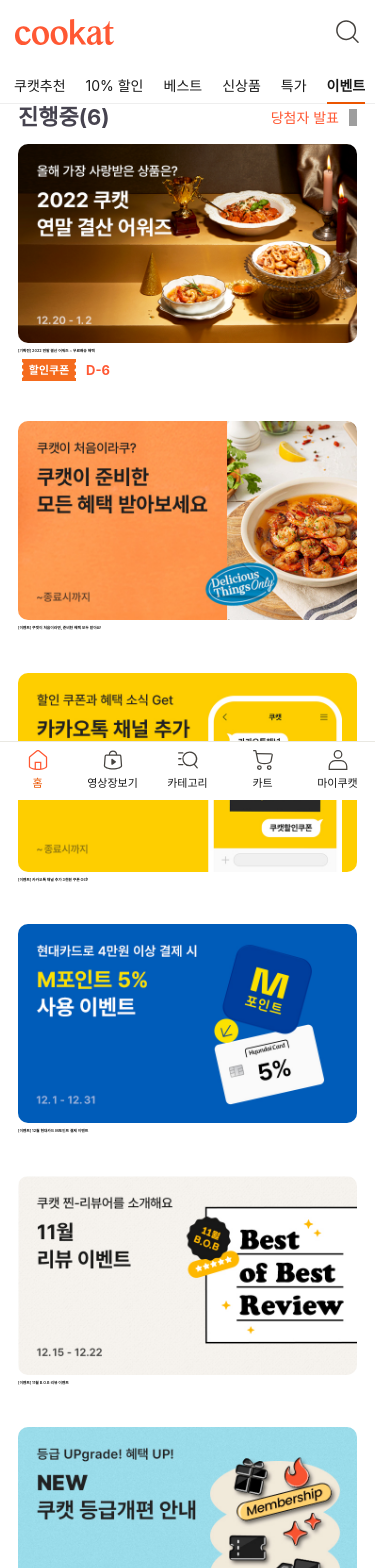
Repository: CooKat/Cookat
Page: event.html
These files come from the project's save history. The page is drawn as it stood at one moment and after the next save; the edit follows.
The browser window is 375 px wide. The pictures show the part of the page from y = 0 to 1568 px (the page is 2524 px tall before and 2567 px after).
Pictures or frames that could not be fetched are drawn as grey boxes. A picture or video elsewhere on the page could not be fetched, so the positions and the page height are approximate. Some web fonts or font styles are not loaded; a fallback is used.

Above is the page before, as saved 2022-12-29 17:13:44.
Not found: css/responsive.css
Not found: js/ex1.js

### event.html
<!DOCTYPE html>
<html lang="ko-KR">
  <head>
    <meta charset="UTF-8" />
    <meta http-equiv="X-UA-Compatible" content="IE=edge" />
    <meta name="viewport" content="width=device-width, initial-scale=1.0" />
    <link rel="shortcut icon" type="image/x-icon" href="./images/1.png" />
    <link
      rel="stylesheet"
      as="style"
      crossorigin
      href="https://cdn.jsdelivr.net/gh/orioncactus/pretendard@v1.3.6/dist/web/static/pretendard.css"
    />
    <link
      href="https://cdn.jsdelivr.net/npm/remixicon@2.5.0/fonts/remixicon.css"
      rel="stylesheet"
    />
    <link
      rel="stylesheet"
      href="https://cdn.jsdelivr.net/npm/swiper/swiper-bundle.min.css"
    />
    <link rel="stylesheet" href="./css/main.css" />
    <link rel="stylesheet" href="./css/event.css" />
    <title>쿠캣</title>
  </head>
  <body>
    <div class="container">
      <!-- 상단 메뉴바 -->
      <header class="header">
        <a href="/" class="logo"
          ><img src="./images/logo-main.svg" alt="쿠캣마켓"
        /></a>
        <div class="menu swiper">
          <ul class="swiper-wrapper" role="menubar" aria-hidden="false">
            <li role="none" class="swiper-slide">
              <a role="menuitem" href="/">쿠캣추천</a>
            </li>
            <li class="swiper-slide" role="none">
              <a role="menuitem" href="/">10% 할인</a>
            </li>
            <li class="swiper-slide" role="none">
              <a role="menuitem" href="./best.html">베스트</a>
            </li>
            <li class="swiper-slide" role="none">
              <a role="menuitem" href="/">신상품</a>
            </li>
            <li class="swiper-slide" role="none">
              <a role="menuitem" href="./specialPrice.html">특가</a>
            </li>
            <li class="swiper-slide active" role="none">
              <a role="menuitem" href="/">이벤트</a>
            </li>
          </ul>
        </div>
        <button type="button" class="search">
          <img src="./images/ic-24-finder.svg" alt="검색 아이콘" />
        </button>
      </header>

      <main class="main">
        <section class="event">
          <!-- 진행중(6) 당첨자 발표 -->
          <div class="event-ing">
            <h2 class="event-ing-title">진행중(6)</h2>
            <a href="/"><p>당첨자 발표</p></a>
          </div>

          <!-- 행사 아이템들 -->
          <div class="item-list">
            <a href="/event.html">
              <div class="item-list-item">
                <img src="./images/event1.jpg" />
                <h2 class="item-list-title title-first">
                  [기획전] 2022 연말 결산 어워즈 ~ 무료배송 해택
                </h2>
                <div class="coupon-day">
                  <svg
                    xmlns="http://www.w3.org/2000/svg"
                    width="54"
                    height="22"
                    viewBox="0 0 54 22"
                  >
                    <g fill="none" fill-rule="evenodd">
                      <path
                        fill="#F56B1D"
                        d="M54 9.428V6.353c-.944 0-1.458-.771-1.458-1.639S53.195 3.143 54 3.143V0H0v3.143c.806 0 1.459.703 1.459 1.571S.806 6.286 0 6.286v3.142c.806 0 1.459.704 1.459 1.572 0 .868-.653 1.572-1.459 1.572v3.142c.806 0 1.459.704 1.459 1.572 0 .868-.653 1.571-1.459 1.571V22h54v-2.924c-.996 0-1.458-.77-1.458-1.639 0-.868.653-1.723 1.458-1.723v-3.051c-1.021 0-1.458-.795-1.458-1.663S53.195 9.428 54 9.428z"
                      />
                      <path
                        fill="#FFF"
                        fill-rule="nonzero"
                        d="M13.195 7.652V6.563H10.94v-.825H9.477v.825H7.222v1.089h5.973zm2.013 3.63V9.148h1.342V7.96h-1.342V5.804h-1.452v5.478h1.452zm-4.994-.077c.374 0 .715-.039 1.023-.116.308-.077.57-.187.787-.33.216-.143.383-.315.5-.517.117-.201.176-.43.176-.687 0-.257-.059-.488-.176-.693-.117-.205-.284-.38-.5-.523-.217-.143-.479-.253-.787-.33-.308-.077-.649-.115-1.023-.115-.374 0-.713.038-1.018.115-.304.077-.566.188-.786.33-.22.143-.389.318-.506.523-.117.205-.176.436-.176.693 0 .257.059.486.176.688.117.201.286.373.506.516.22.143.482.253.787.33.304.077.643.116 1.017.116zm0-1.023c-.337 0-.605-.051-.803-.154-.198-.103-.297-.26-.297-.473 0-.213.099-.372.297-.479.198-.106.466-.159.803-.159s.605.053.803.16c.198.106.297.265.297.478 0 .213-.099.37-.297.473-.198.103-.466.154-.803.154zm5.28 5.687v-1.056H9.972v-.561h5.236v-2.574H8.52v1.056h5.258v.528H8.531v2.607h6.963zm10.274-2.772V5.826h-1.463v7.271h1.463zm-5.511-1.496c.389 0 .75-.064 1.083-.193.334-.128.626-.306.875-.533.25-.227.444-.499.583-.814.14-.315.209-.656.209-1.023 0-.374-.07-.719-.209-1.034-.14-.315-.334-.587-.583-.814-.25-.227-.54-.405-.875-.534-.333-.128-.694-.192-1.083-.192s-.752.064-1.089.192c-.337.129-.629.307-.874.534-.246.227-.44.499-.584.814-.143.315-.214.66-.214 1.034 0 .367.072.708.215 1.023.143.315.337.587.583.814.245.227.537.405.874.534.337.128.7.192 1.089.192zm0-1.254c-.374 0-.691-.115-.952-.346-.26-.231-.39-.552-.39-.963 0-.418.13-.742.39-.973.26-.231.578-.347.952-.347.381 0 .698.115.951.347.254.23.38.555.38.973 0 .41-.127.732-.38.963-.252.23-.57.346-.951.346zm5.764 5.423v-1.155h-5.544v-2.233h-1.452v3.388h6.996zm6.754.154v-3.586h3.861v-1.177h-1.342c.169-.821.268-1.542.297-2.162.03-.62.044-1.19.044-1.71v-.913H28.54v1.155h5.698v.506c0 .169-.007.345-.022.528l-6.006.187.165 1.232 5.742-.297c-.03.227-.064.464-.104.71-.04.245-.09.5-.149.764h-6.38v1.177h3.839v3.586h1.452zm13.97-3.663v-1.155h-3.861v-.913h2.97V9.049h-1.21V7.344h1.287V6.189h-7.535v1.155h1.287v1.705h-1.221v1.144h2.97v.913h-3.839v1.155h9.152zm-3.542-3.212h-2.079V7.344h2.079v1.705zm2.519 6.721v-1.155h-5.566V12.91h-1.452v2.86h7.018z"
                      />
                    </g>
                  </svg>
                  <span class="coupon-date">D-6</span>
                </div>
              </div>
            </a>
          </div>

          <div class="item-list">
            <a href="/event.html">
              <div class="item-list-item">
                <img src="./images/event2.jpg" />
                <h2 class="item-list-title">
                  [이벤트] 쿠캣이 처음이라면, 준비한 혜택 모두 받아요!
                </h2>
              </div>
            </a>
          </div>

          <div class="item-list">
            <a href="/event.html">
              <div class="item-list-item">
                <img src="./images/event3.jpg" />
                <h2 class="item-list-title">
                  [이벤트] 카카오톡 채널 추가 3천원 쿠폰 Get!
                </h2>
              </div>
            </a>
          </div>

          <div class="item-list">
            <a href="/event.html">
              <div class="item-list-item">
                <img src="./images/event4.jpg" />
                <h2 class="item-list-title">
                  [이벤트] 12월 현대카드 M포인트 결제 이벤트
                </h2>
              </div>
            </a>
          </div>

          <div class="item-list">
            <a href="/event.html">
              <div class="item-list-item">
                <img src="./images/event5.jpg" />
                <h2 class="item-list-title">[이벤트] 11월 B.O.B 리뷰 이벤트</h2>
              </div>
            </a>
          </div>

          <div class="item-list">
            <a href="/event.html">
              <div class="item-list-item">
                <img src="./images/event6.jpg" />
                <h2 class="item-list-title">
                  [공지사항] NEW 쿠캣 등급 개편 안내
                </h2>
              </div>
            </a>
          </div>
        </section>
      </main>

      <!-- footer -->
      <footer class="footer">
        <div class="center-info-container">
          <h2 class="center-info">쿠캣 고객센터</h2>
          <span class="time-info"
            >평일 <time>10:00</time> ~ <time>18:00</time> (점심시간
            <time>13:00</time> ~ <time>14:00</time>)</span
          >

          <a href="tel:1668-3525" class="center-contact"> 고객센터</a>
        </div>
        <div class="business-info-container">
          <div class="business-info-title-container">
            <h2 class="business-info">(주) 쿠캣 사업자 정보</h2>
            <button class="business-info-toggle-btn">
              <img
                alt="addit-toggle-img"
                src="	https://crcf.cookatmarket.com/assets/mobile/img/using_guide/ic-16-close-bold.svg"
              />
            </button>
          </div>

          <ul class="business-info-list">
            <li class="business-info-item">
              <label for="representative">대표자</label
              ><span id="representative">이문주</span>
            </li>
            <li class="business-info-item">
              <label for="address">주소</label>
              <address id="address">
                서울특별시 강남구 영동대로112길 36, 3층, 지하 1층 (삼성동,
                오티씨타워)
              </address>
            </li>
            <li class="business-info-item">
              <label
                for="
              business-number"
                >사업자등록번호</label
              ><span id=" business-number">
                110-86-12995
                <a class="business-info-check" href="/"
                  >사업자정보 확인</a
                ></span
              >
            </li>
            <li class="business-info-item">
              <label for="mail-order-number">통신판매업 신고번호</label
              ><span
                id="
              mail-order-number"
                >2018-서울강남-01681</span
              >
            </li>
            <li class="business-info-item">
              <div class="center-info-flexcontent-container">
                <label
                  for="
              service-center"
                  >고객센터</label
                >
                <div class="center-info-content-container">
                  <a
                    id="service-center"
                    href="tel:1668-3525
              "
                    >1668-3525
                  </a>
                  <span id="service-center"
                    >평일 <time>10:00</time> ~ <time>18:00</time> (점심시간
                    <time>13:00</time> ~ <time>14:00</time>) 주말
                    <time>10:00</time> ~ <time>13:00</time></span
                  >
                </div>
              </div>
            </li>
            <li class="business-info-item">
              <label for="marketing-email">마케팅 제휴문의</label
              ><span id="marketing-email">marketing@cookat.co</span>
            </li>
            <li class="business-info-item">
              <label
                for="
              goods-email"
                >상품 제휴문의</label
              ><span id=" goods-email">
                <span>product@cookat.co<br /></span
              ></span>
            </li>
            <li class="business-info-item">
              <label for="person-in-charge">개인정보보호 책임자</label
              ><span id="person-in-charge"> 주지석 (jiseok.joo@cookat.co)</span>
            </li>
          </ul>

          <small class="copyright">
            Copyright © 쿠캣. All rights reserved.</small
          >
          <ul class="more-details-list">
            <li><a class="more-details" href="/">이용약관</a></li>
            <li>
              <a class="more-details" id="qkdcla" href="/">개인정보 처리방침</a>
            </li>
            <li><a class="more-details" href="/">공지사항</a></li>
          </ul>
        </div>

        <div class="additional-container">
          <a href="/">로그인</a>
          <a id="app-down" href="/"> APP다운</a>
        </div>
      </footer>

      <!-- 하단바 -->
      <nav class="fix-footer-menu">
        <ul>
          <li class="my-home on"><a href="/">홈</a></li>
          <li class="my-video"><a href="/">영상장보기</a></li>
          <li class="my-menu"><a href="/">카테고리</a></li>
          <li class="my-cart"><a href="/">카트</a></li>
          <li class="my-cookat"><a href="/">마이쿠캣</a></li>
        </ul>
      </nav>
    </div>

    <!-- Swiper JS -->
    <script src="https://cdn.jsdelivr.net/npm/swiper/swiper-bundle.min.js"></script>
    <!-- Initialize Swiper -->
    <script src="./js/ex1.js"></script>
    <script>
      var menu = new Swiper('.menu.swiper', {
        slidesPerView: 'auto',
        freeMode: true,
      });
    </script>
  </body>
</html>

### css/event.css
main {
  padding: 0 18px;
}

.event-ing {
  display: flex;
  flex-flow: row nowrap;
  justify-content: space-between;
  align-items: center;
  margin-top: var(--spacing-xxl);
  margin-bottom: var(--spacing-md);
}

.event-ing-title {
  font-size: var(--text-xl);
  line-height: var(--text-xxl);
  color: var(--color-black);
  font-weight: 700;
}

.event-ing p {
  color: #ff5833;
  font-size: var(--text-sm);
}
.event-ing p::after {
  content: '';
  color: #ff5833;
  margin-left: var(--spacing-xxs);
  padding-left: var(--spacing-md);
  background: url('https://crcf.cookatmarket.com/assets/mobile/img/using_guide/ic-16-next-orange-fit.svg')
    no-repeat 6px;
}

.item-list {
}

.item-list-item {
}

.item-list-item img {
  border-radius: 10px;
}

.item-list-title {
  font-size: var(--text-lg);
  line-height: var(--text-xxl);
  font-weight: 600;
  margin-bottom: var(--spacing-xxxl);
}

.title-first {
  margin-bottom: 0;
}

.item-list-title h2:first-child {
  margin-bottom: 0;
}

.coupon-day {
  margin-top: var(--spacing-xxs);
  display: flex;
  flex-flow: row nowrap;
  margin-bottom: var(--spacing-xxxl);
}

.item-list-item svg {
  margin-left: var(--spacing-xxs);
}
.coupon-date {
  color: #ff5833;
  line-height: var(--text-xl);
  font-size: var(--text-xs);
  align-items: center;
  font-weight: 700;
  padding-left: var(--spacing-sm);
}

@media (max-width: 500px) {
  .item-list-title {
    font-size: 1vw;
    line-height: 1.1vh;
  }
}

### css/theme.css
:root {
  /* 수식 단축키 art+shift+M */
  --color-white: #ffffff;
  --color-blank: #f9f9f9;
  --color-cement: #9d9995;
  --color-placeholder: #bbb8b5;
  --color-deep-orange: #eb5500;
  --color-border: #e9e8e2;
  --color-success: #579bdb;
  --color-black: #46434f;
  --color-gray: #9d999d;
  --color-greyish-brown: #5b5752;

  --spacing-sxxs: 0.125rem; /* 2px */
  --spacing-xxs: 0.25rem; /* 4px */
  --spacing-xs: 0.5rem; /* 8px */
  --spacing-sm: 0.625rem; /* 10px */
  --spacing-xm: 0.75rem; /* 12px */
  --spacing-md: 0.875rem; /* 14px */
  --spacing-m: 0.937rem; /* 15px */
  --spacing-base: 1rem; /* 16px */
  --spacing-lg: 1.125rem; /* 18px */
  --spacing-l: 1.25rem; /* 20px */
  --spacing-xl: 1.5rem; /* 24px */
  --spacing-xxl: 2rem; /* 32px */
  --spacing-xxxl: 2.5rem; /* 40px */

  --spacing-6: 3.75rem; /* 60px */

  --text-sxxs: 0.6875rem; /* 11px */
  --text-xxs: 0.75rem; /* 12px */
  --text-xs: 0.8125rem; /* 13px */
  --text-sm: 0.875rem; /* 14px */
  --text-md: 0.9375rem; /* 15px */
  --text-base: 1rem; /* 16px */
  --text-lg: 1.125rem; /* 18px */
  --text-xl: 1.375rem; /* 22px */
  --text-xxl: 1.625rem; /* 26px */

  --swiper-navigation-size: 1.125rem; /* 18px */

  --max-width: 31.25rem; /* 500px */
}

Loaded but not shown: css/normalize.css (library); css/reset.css (common file); css/main.css (973 lines, source omitted)

After the next save:
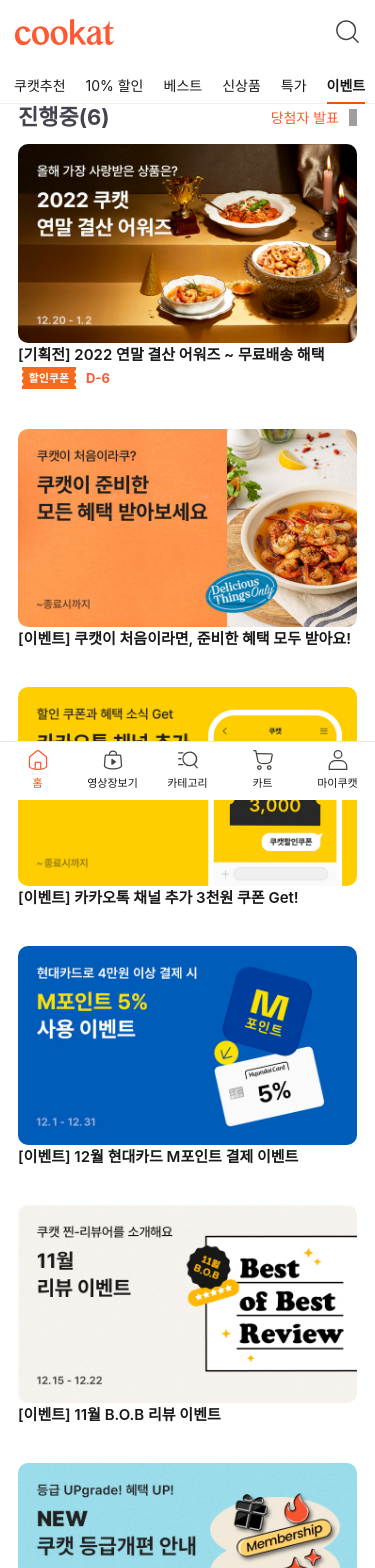
Saved 5 s later.
--- a/css/event.css
+++ b/css/event.css
@@ -77,7 +77,7 @@
 
 @media (max-width: 500px) {
   .item-list-title {
-    font-size: 1vw;
-    line-height: 1.1vh;
+    font-size: 4vw;
+    line-height: 2vh;
   }
 }
